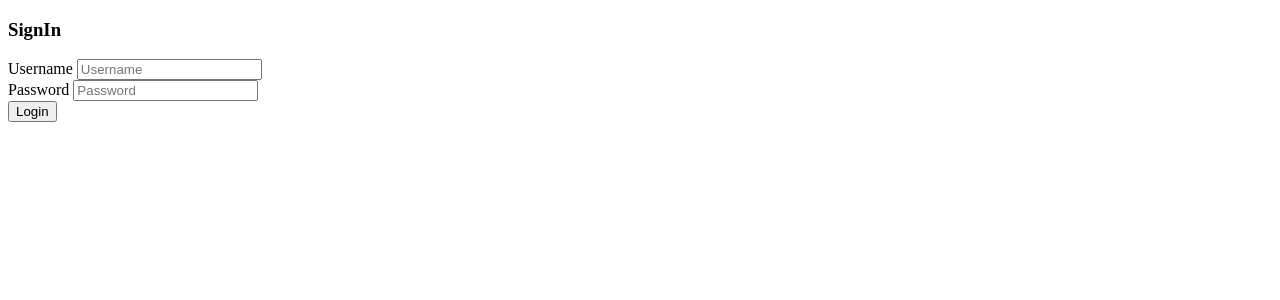
Repository: DHYEY3559/CVM-Project
Page: http://localhost/signin
These files come from the project's save history. The page is drawn as it stood at one moment and after the next save; the edit follows.
The browser window is 1280 px wide. The pictures show the whole page.
The page is served by the project's application, run on Django 5.2 (manage.py). Other server files are loaded and not shown.

Above is the page before, as saved 2024-06-25 14:10:49.

### Login website/templates/auth/signin.html
<!DOCTYPE html>
<!--[if lt IE 7]>      <html class="no-js lt-ie9 lt-ie8 lt-ie7"> <![endif]-->
<!--[if IE 7]>         <html class="no-js lt-ie9 lt-ie8"> <![endif]-->
<!--[if IE 8]>         <html class="no-js lt-ie9"> <![endif]-->
<!--[if gt IE 8]>      <html class="no-js"> <!--<![endif]-->
<html>
    <head>
        <meta charset="utf-8">
        <meta http-equiv="X-UA-Compatible" content="IE=edge">
        <title>Auth</title>
        <meta name="description" content="">
        <meta name="viewport" content="width=device-width, initial-scale=1">
        <link rel="stylesheets" href="">
    </head>
    <body>
        <h3>SignIn</h3>
        <form action="/signin" method="post">
            {% csrf_token %}
            <div class="loginInputsContainer">
                <label for="">Username</label>
                <input name="username" placeholder="Username" type="text" />
            </div>
            <div class="loginInputsContainer">
                <label for="">Password</label>
                <input name="password" placeholder="Password" type="Password" />
            </div>
            <div class="loginButtonContainer">
                 <button>Login</button>
            </div>
        </form>

        <script src="" async defer></script>
    </body>
</html>

### Login website/auth/views.py
from django.shortcuts import redirect, render
from django.http import HttpResponse
from django.contrib.auth.models import User
from django.contrib import messages
from django.contrib.auth import authenticate,login,logout
# Create your views here.
def home(request):
    return render(request, "auth/index.html")
def signup(request):

    if request.method == "POST":
        username = request.POST['username']
        fname = request.POST['fname']
        lname = request.POST['lname']
        email = request.POST['email']
        pass1 = request.POST['pass1']
        pass2 = request.POST['pass2']

        myuser = User.objects.create_user(username ,email, pass1)
        myuser.first_name= fname
        myuser.last_name= lname

        myuser.save()

        messages.success(request ,"Your Account As Been Created Successfully")

        return redirect('signin')
    return render(request, "auth/signup.html")



def signin(request):
    if request.method == 'POST':
        username = request.POST['username']
        pass1 = request.POST['pass1']

        user = authenticate(username=username, password=pass1)

        if user is not None:
            login(request, user)
            fname = user.first_name
            return render(request, "auth/index.html", {'fname': fname})

        else:
            messages.error(request, "Bad credentials!")
            return redirect('home')
    return render(request, "auth/signin.html")


def signout(request):
    logout(request)
    messages.success(request, "logged out succesfully")
    return redirect('home')

### Login website/Dhyey/urls.py
"""
URL configuration for Dhyey project.

The `urlpatterns` list routes URLs to views. For more information please see:
    https://docs.djangoproject.com/en/5.0/topics/http/urls/
Examples:
Function views
    1. Add an import:  from my_app import views
    2. Add a URL to urlpatterns:  path('', views.home, name='home')
Class-based views
    1. Add an import:  from other_app.views import Home
    2. Add a URL to urlpatterns:  path('', Home.as_view(), name='home')
Including another URLconf
    1. Import the include() function: from django.urls import include, path
    2. Add a URL to urlpatterns:  path('blog/', include('blog.urls'))
"""
from django.contrib import admin
from django.urls import path,include

urlpatterns = [
    path('admin/', admin.site.urls),
    path('',include('auth.urls')),
]

### Login website/auth/urls.py
from django.contrib import admin
from django.urls import path,include
from . import views

urlpatterns = [
    path('', views.home ,name="home"),
    path('signup',views.signup, name="signup"),
    path('signin',views.signin, name="signin"),
    path('signout',views.signout, name="signout"),
]

After the next save:
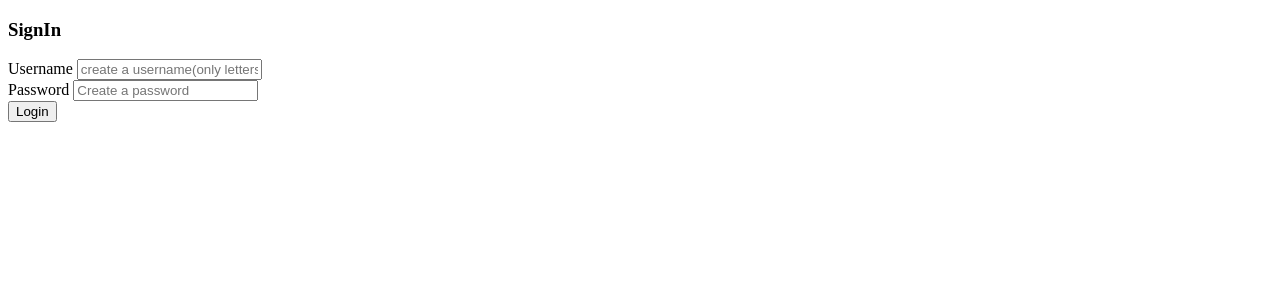
Saved 4 min 7 s later.
--- a/Login website/templates/auth/signin.html
+++ b/Login website/templates/auth/signin.html
@@ -17,16 +17,16 @@
         <form action="/signin" method="post">
             {% csrf_token %}
             <div class="loginInputsContainer">
-                <label for="">Username</label>
-                <input name="username" placeholder="Username" type="text" />
-            </div>
-            <div class="loginInputsContainer">
-                <label for="">Password</label>
-                <input name="password" placeholder="Password" type="Password" />
-            </div>
-            <div class="loginButtonContainer">
-                 <button>Login</button>
-            </div>
+                    <label for="">Username</label>
+                    <input type="text" id="username" name="username" placeholder="create a username(only letters and numbers)"/>
+                </div>
+                <div class="loginInputsContainer">
+                    <label for="">Password</label>
+                    <input type="password" id="pass1" name="pass1" placeholder="Create a password"/>
+                </div>
+                <div class="loginButtonContainer">
+                     <button>Login</button>
+                </div>
         </form>
 
         <script src="" async defer></script>
